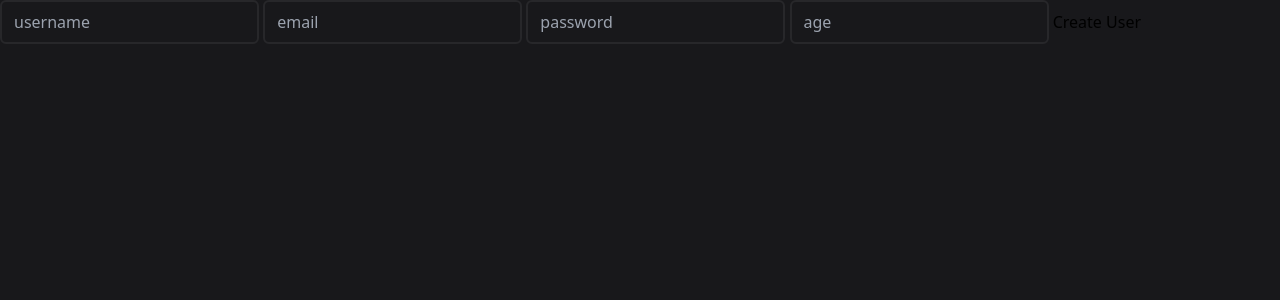
Repository: sulabh5911/login-Page
Page: http://localhost/
These files come from the project's save history. The page is drawn as it stood at one moment and after the next save; the edit follows.
The browser window is 1280 px wide. The pictures show the whole page.
Some web libraries are served in a nearby version. The page is served by the project's Node server (app.js). Other server files are loaded and not shown.

Above is the page before, as saved 2024-08-28 15:20:38.

### views/index.ejs
<!DOCTYPE html>
<html lang="en">
<head>
    <meta charset="UTF-8">
    <meta name="viewport" content="width=device-width, initial-scale=1.0">
    <title>Document</title>
    <script src="https://cdn.tailwindcss.com"></script>
</head>
<body>
    <div class="w-full h-screen bg-zinc-900">
        <form method="post" action="">
            <input class="px-3 py-2 rounded-md bg-transparent border-2 border-zinc-800" type="text" placeholder="username" name="username">
            <input class="px-3 py-2 rounded-md bg-transparent border-2 border-zinc-800" type="email" placeholder="email" name="email">
            <input class="px-3 py-2 rounded-md bg-transparent border-2 border-zinc-800" type="password" placeholder="password" name="password">
            <input class="px-3 py-2 rounded-md bg-transparent border-2 border-zinc-800" type="number" placeholder="age" name="age">
            <input type="submit" value="Create User">
        </form>
    </div>
</body>
</html>

### app.js
const express=require('express');
const app=express();
const userModel=require("./models/user");
const cookieParser=require('cookie-parser');
const path=require('path');
app.set("view engine","ejs");
app.use(express.json());
app.use(express.urlencoded({extended:true}));
app.use(express.static(path.join(__dirname,'public')));
app.use(cookieParser());

app.get('/',function(req,res){
    res.render('index');
})

app.listen(3000);

After the next save:
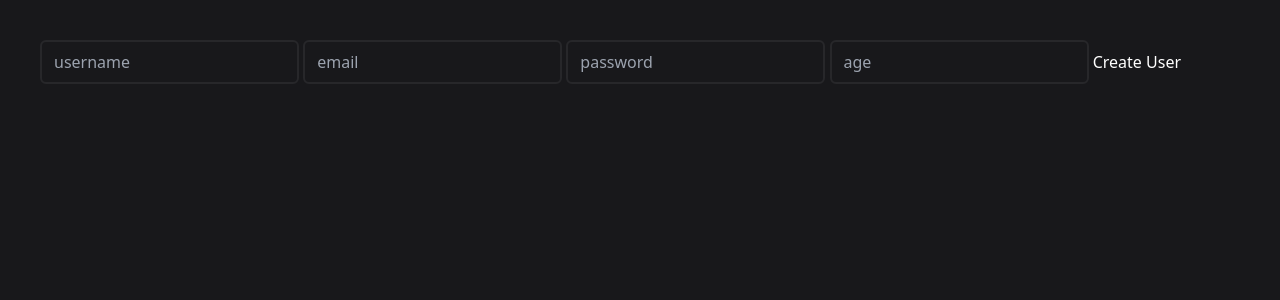
Saved 19 s later.
--- a/views/index.ejs
+++ b/views/index.ejs
@@ -7,7 +7,7 @@
     <script src="https://cdn.tailwindcss.com"></script>
 </head>
 <body>
-    <div class="w-full h-screen bg-zinc-900">
+    <div class="w-full h-screen bg-zinc-900 text-white p-10">
         <form method="post" action="">
             <input class="px-3 py-2 rounded-md bg-transparent border-2 border-zinc-800" type="text" placeholder="username" name="username">
             <input class="px-3 py-2 rounded-md bg-transparent border-2 border-zinc-800" type="email" placeholder="email" name="email">
